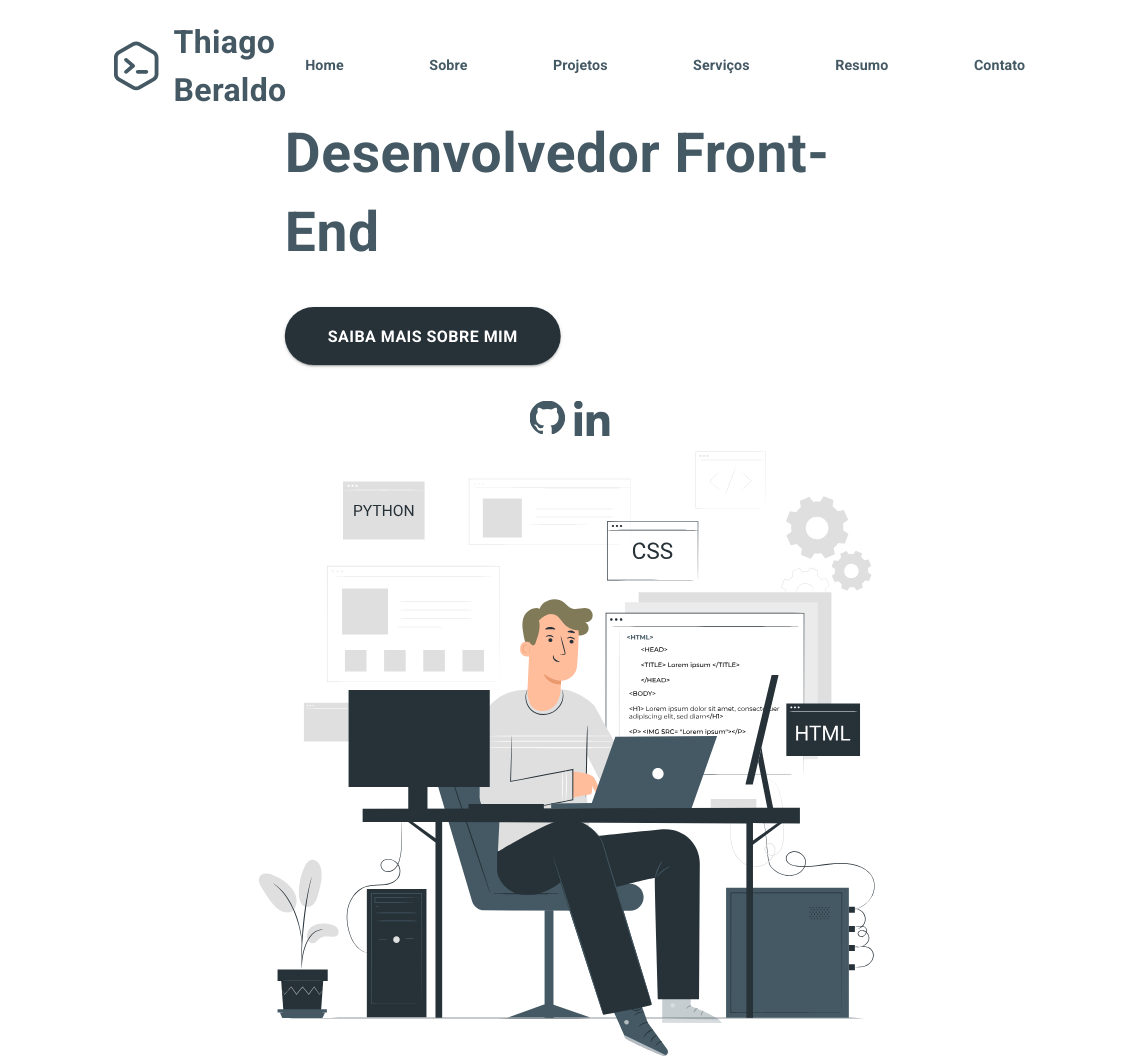
Repository: lenx0/myportfolio
Page: /
These files come from the project's save history. The page is drawn as it stood at one moment and after the next save; the edit follows.
The browser window is 1280 px wide. The pictures show the whole page, at 89% of full size.
The project was rebuilt for these pictures with package versions that can differ from the ones it lists, and the page was loaded fresh each time. Also part of the build but not shown: vite.config.js.

Above is the page before, as saved 2024-06-07 11:13:39.

### index.html
<!doctype html>
<html lang="en">
  <head>
    <meta charset="UTF-8" />
    <link href="https://fonts.googleapis.com/css2?family=Roboto:wght@400;700&display=swap" rel="stylesheet">
    <meta name="viewport" content="width=device-width, initial-scale=1.0" />
    <title>Portfólio</title>
  </head>
  <body>
    <div id="root"></div>
    <script type="module" src="/src/main.jsx"></script>
  </body>
</html>

### src/main.jsx
import React from "react";
import ReactDOM from "react-dom/client";
import App from "./App.jsx";
import { ThemeProvider } from "@emotion/react";
import theme from "./components/Styles/theme.js";

ReactDOM.createRoot(document.getElementById("root")).render(
  <React.StrictMode>
    <ThemeProvider theme={theme}>
      <App />
    </ThemeProvider>
  </React.StrictMode>
);

### src/App.jsx
import { Box } from "@mui/material";
import Header from "./components/Header";
import "./global.css";
import Home from "./components/Home";

function App() {
  return (
    <Box
      sx={{
        margin: "0 10% 0 10%",
      }}
    >
      <Header />
      <Home />
    </Box>
  );
}

export default App;

### src/components/Styles/theme.js
import { createTheme } from "@mui/material";

const theme = createTheme({
    breakpoints: {
      values: {
        xs: 0,
        sm: 600,
        md: 1300,
        lg: 1200,
        xl: 1375
      },
    },
  });

  export default theme

### src/components/Header/index.jsx
import { Typography, Box } from "@mui/material";
import Logo from "/assets/logos/logo.svg";

export default function Header() {
  const menuItems = [
    "Home",
    "Sobre",
    "Projetos",
    "Serviços",
    "Resumo",
    "Contato",
  ];

  return (
    <>
      <Box
        component="header"
        sx={{
          display: "flex",
          alignItems: "center",
          justifyContent: "space-between",
          mt: "20px",
        }}
      >
        <Box display="flex">
          <Box component="img" src={Logo}></Box>
          <Typography
            sx={{
              fontSize: 36,
              color: "#445964",
              fontWeight: 700,
              ml: 2,
            }}
          >
            Thiago Beraldo
          </Typography>
        </Box>

        <Box
          sx={{
            display: "flex",
            gap: "96px",
            color: "#445964",
          }}
        >
          {menuItems.map((item) => (
            <Typography sx={{ cursor: "pointer", fontWeight: 700 }} key={item}>
              {item}
            </Typography>
          ))}
        </Box>
      </Box>
    </>
  );
}

### src/global.css
body {
    margin: 0;
    padding: 0;
    box-sizing: border-box;
    font-family: 'Roboto', sans-serif;
}

### src/components/Home/index.jsx
import { Box, Button, Grid, Typography } from "@mui/material";
import HomeArt from "/assets/images/Art1.svg";
import Github from "/assets/icons/Github.svg";
import Linkedin from "/assets/icons/Linkedin.svg";

const Home = () => {
  return (
    <Grid
      container
      direction={{ xl: "row", lg: "column" }}
      alignItems="center"
      spacing={{ xl: 2, lg: 0 }}
      wrap={{ xl: "nowrap" }}
    >
      <Grid item>
        <Typography
          variant="body2"
          sx={{
            fontSize: 62,
            fontWeight: 700,
            color: "#445964",
            flexShrink: 1,
            mb: 5,
            maxWidth: "50vw",
          }}
        >
          Desenvolvedor Front-End
        </Typography>
        <Button
          variant="contained"
          sx={{
            fontSize: 18,
            fontWeight: 700,
            backgroundColor: "#263138",
            width: 310,
            height: 65,
            borderRadius: 20,
            mb: 5,
          }}
        >
          Saiba mais sobre mim
        </Button>
      </Grid>
      <Box
        sx={{
          display: "flex",
          justifyContent: "flex-start",
          marginTop: "auto",
          gap: "10px",
        }}
      >
        <Box>
          <img src={Github} />
        </Box>
        <Box>
          <img src={Linkedin} />
        </Box>
      </Box>
      <Grid item>
        <img src={HomeArt} alt="Home Art" />
      </Grid>
    </Grid>
  );
};

export default Home;

After the next save:
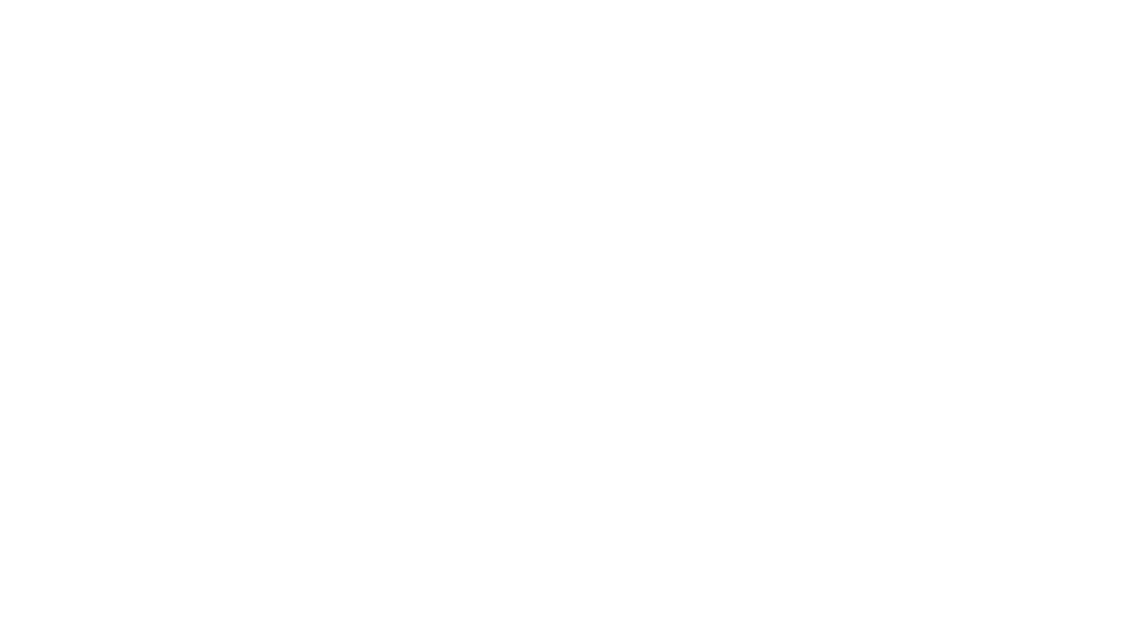
Console error: ReferenceError: xl is not defined
Saved 44 s later.
--- a/src/components/Home/index.jsx
+++ b/src/components/Home/index.jsx
@@ -10,7 +10,7 @@
       direction={{ xl: "row", lg: "column" }}
       alignItems="center"
       spacing={{ xl: 2, lg: 0 }}
-      wrap={{ xl: "nowrap" }}
+      wrap= {xl ?? "nowrap"}
     >
       <Grid item>
         <Typography

After the 3 saves that followed:
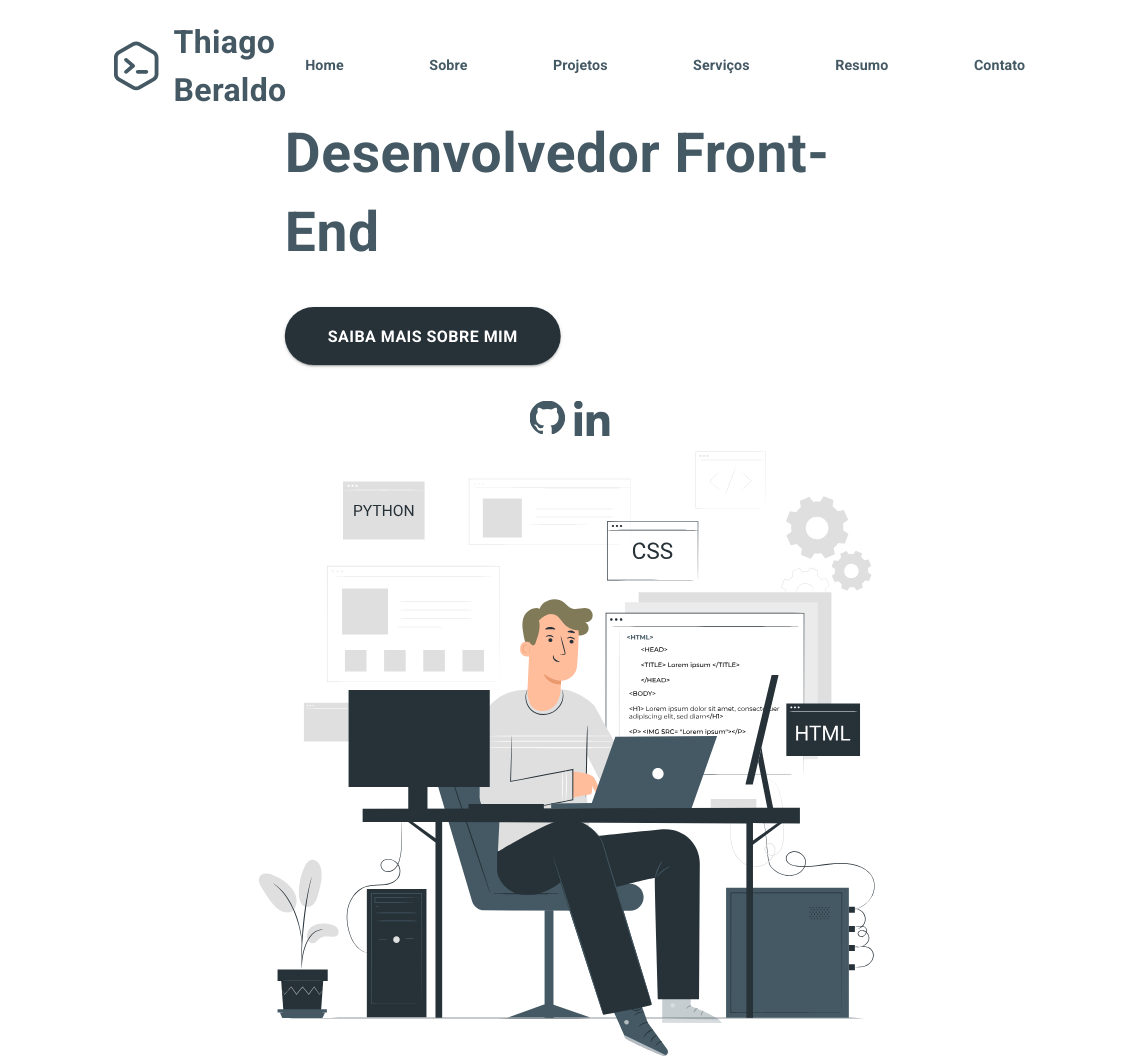
The error is gone.
The 3 saves are shown as one change because 2 left the picture as it was.
The last was saved 2 min 26 s later.
--- a/src/components/Home/index.jsx
+++ b/src/components/Home/index.jsx
@@ -10,7 +10,7 @@
       direction={{ xl: "row", lg: "column" }}
       alignItems="center"
       spacing={{ xl: 2, lg: 0 }}
-      wrap= {xl ?? "nowrap"}
+      wrap={{ xl: "nowrap" }}
     >
       <Grid item>
         <Typography
